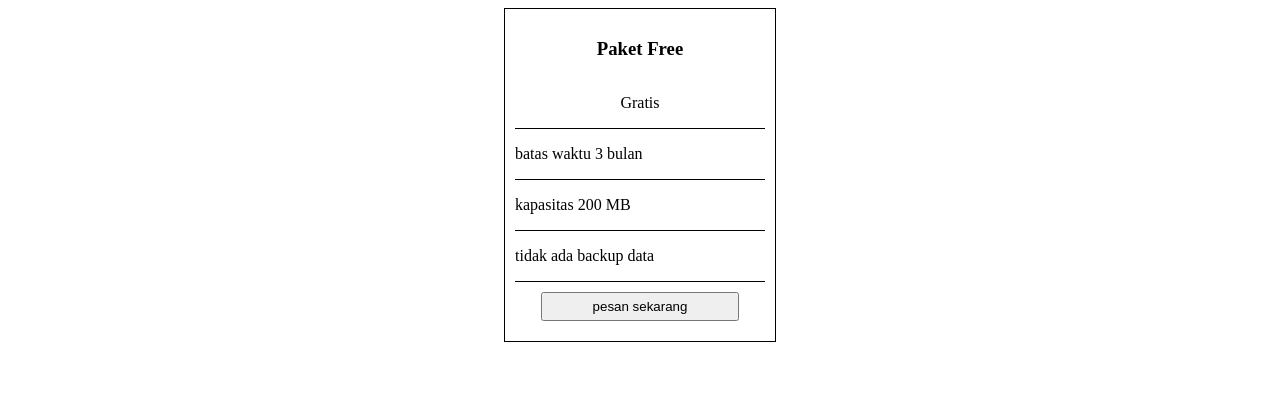
Repository: AHSANS354/tugas-sib5
Page: tugas css/index.html
The author's editor kept a copy of each file at every save. The page is drawn from the files as they stood at one save, then again after the next save.
The browser window is 1280 px wide. The pictures show the whole page.

Above is the page before, as saved 2023-08-29 15:36:19.

### tugas css/index.html
<!DOCTYPE html>
<html lang="en">
  <head>
    <meta charset="UTF-8" />
    <meta name="viewport" content="width=device-width, initial-scale=1.0" />
    <title>Tugas css eksternal</title>
    <link rel="stylesheet" href="style.css" />
  </head>
  <body>
    <!-- <table>
      <tr>
        <th>
          <p>paket free</p>
          <p>gratis</p>
        </th>
        <th>
          <p>paket premium</p>
          <p>rp.350.000,-</p>
        </th>
        <th>
          <p>paket profesional</p>
          <p>rp.500.000,-</p>
        </th>
      </tr>
      <tr>
        <td>batas waktu 3 bulan</td>
        <td>batas waktu 1 tahun</td>
        <td>batas waktu 2 tahun</td>
      </tr>
      <tr>
        <td>kapasitas 200 MB</td>
        <td>kapasitas 1GB</td>
        <td>kapasitas 3GB</td>
      </tr>
      <tr>
        <td>tidak ada backup data</td>
        <td>dilengkapi backup data</td>
        <td>dilengkapi backup data</td>
      </tr>
      <tr>
        <td>pesan sekarang</td>
        <td>pesan sekarang</td>
        <td>bonus domain</td>
      </tr>
      <tr>
        <td colspan="2"></td>
        <td>pesan sekarang</td>
      </tr>
    </table> -->
    <div class="container">
      <div class="row">
        <div class="col">
          <div class="card">
            <div class="header">
              <div>
                <h3>Paket Free</h3>
              </div>
              <div>
                <p>Gratis</p>
              </div>
            </div>
            <div class="content">
              <div>
                <p>batas waktu 3 bulan</p>
              </div>
              <div>
                <p>kapasitas 200 MB</p>
              </div>
              <div>
                <p>tidak ada backup data</p>
              </div>
              <div class="btn">
                <button type="button" style="margin: 10px">pesan sekarang</button>
              </div>
            </div>
          </div>
        </div>
      </div>
    </div>
  </body>
</html>

### tugas css/style.css
th {
  border: 2px solid #000;
}

td {
  border: 2px solid #000;
}

.card {
  border: 1px solid black;
  padding: 10px;
  width: 250px;
}

.container {
  display: flex;
  justify-content: center;
}

.row {
  width: 50%;
}

.col {
  display: flex;
  justify-content: space-around;
}

.header {
  display: flex;
  justify-content: center;
  align-items: center;
  flex-direction: column;
}

.content div {
  border-top: 1px solid black;
}

.btn {
  display: flex;
  justify-content: center;
}

button {
  padding: 5px 50px;
}

After the next save:
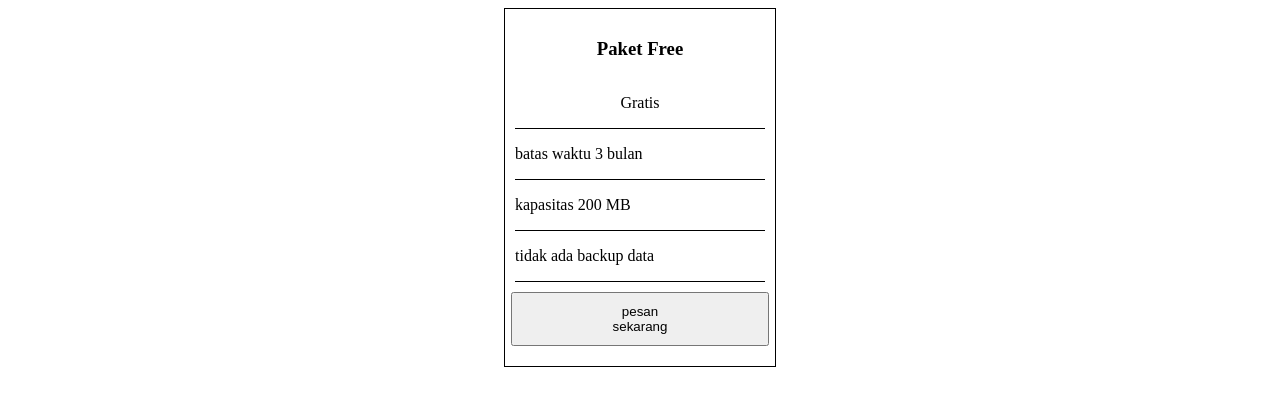
Saved 26 s later.
--- a/tugas css/style.css
+++ b/tugas css/style.css
@@ -43,5 +43,5 @@ td {
 }
 
 button {
-  padding: 5px 50px;
+  padding: 10px 100px;
 }
